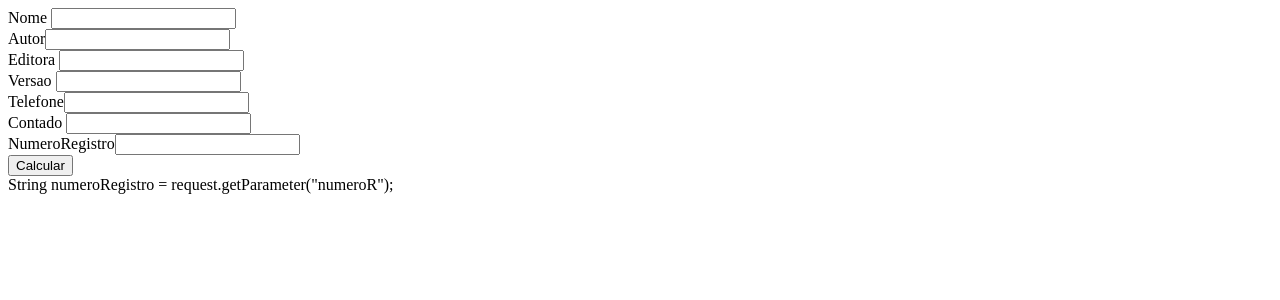
Repository: andersonsilvade/workspacejava
Page: WorkSpace/Lista1/WebContent/cadastro.html
The author's editor kept a copy of each file at every save. The page is drawn from the files as they stood at one save, then again after the next save.
The browser window is 1280 px wide. The pictures show the whole page.

Above is the page before, as saved 2014-08-22 10:55:39.

After the next save:
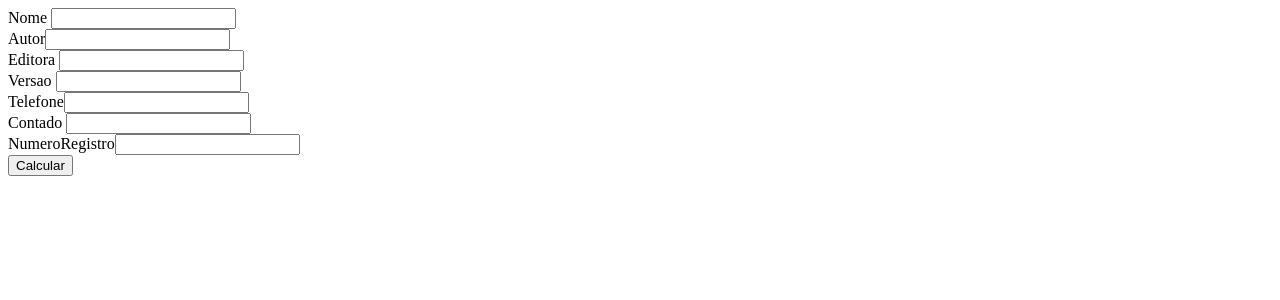
Saved 2 min 20 s later.
--- a/WorkSpace/Lista1/WebContent/cadastro.html
+++ b/WorkSpace/Lista1/WebContent/cadastro.html
@@ -24,5 +24,3 @@ NumeroRegistro<input type = "text" name = "numeroR"/>
 </form>
 </body>
 </html>
-
-		String numeroRegistro = request.getParameter("numeroR");
